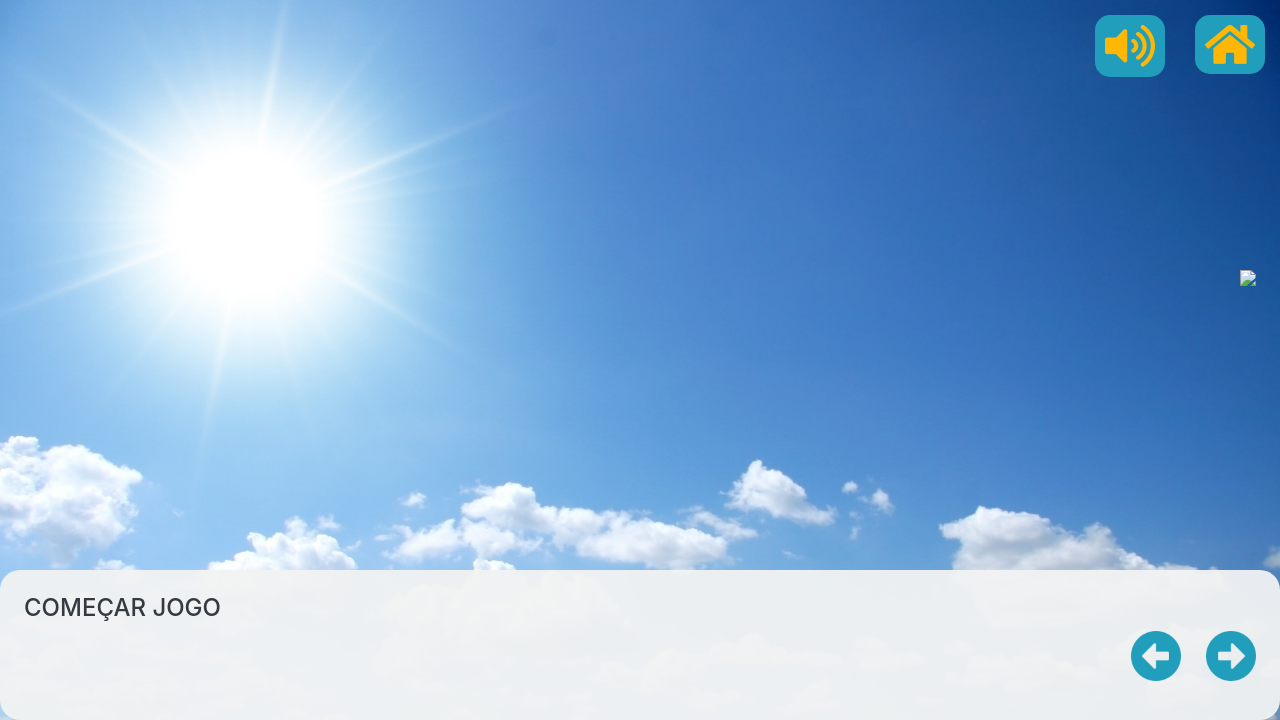
Repository: Squad2MeioAmbiente/favelacao
Page: frontend/jogo/missoes/missao1/index.html
These files come from the project's save history. The page is drawn as it stood at one moment and after the next save; the edit follows.
The browser window is 1280 px wide. The pictures show the whole page.

Above is the page before, as saved 2021-03-07 17:19:07.

### frontend/jogo/missoes/missao1/index.html
<!DOCTYPE html>
<html lang="en">
<head>
    <meta charset="UTF-8">
    <meta name="viewport" content="width=device-width, initial-scale=1.0">
    <title>Jogo FavelAção!</title>
    <link href="index.css" rel="stylesheet">
    <script src="index.js"></script>
    <link href="https://fonts.googleapis.com/css2?family=Roboto:wght@700;900&display=swap" rel="stylesheet">
    <link rel="stylesheet" href="https://fonts.googleapis.com/icon?family=Material+Icons">
    <link rel="stylesheet" href="https://stackpath.bootstrapcdn.com/bootstrap/4.1.3/css/bootstrap.min.css" integrity="sha384-MCw98/SFnGE8fJT3GXwEOngsV7Zt27NXFoaoApmYm81iuXoPkFOJwJ8ERdknLPMO" crossorigin="anonymous">
    <link rel="sortcut icon" href="../../../img/logo_Megafone_Grande.png" type="image/x-icon" />

</head>
<body id="fundo" >


<audio id="mudo" src="../sounds/music.mp3" autoplay="true" ></audio>
<audio id="btnsound" src="../sounds/btnsound.mp3"  ></audio>
<audio id="medalSound" src="../sounds/medalSound.mp3"  ></audio>


        <div class="geral">
            <div class="d-flex flex-row-reverse pr-8" >
                <a href= "../../../"><img class="iconesMenu" src="../img/icones/iconeHome.png" alt="Voltar para Home" /></a>

                <img class="iconesMenu" src="../img/icones/iconeSomLiga.png" id= "turn" onClick="mute()" alt="Desligar Música" />
            </div>
        <div id="alertMedal">

        </div>
        <div class="d-flex flex-row-reverse pr-4">
            <img id="personagemImg" class="img" src="#">
        </div>
        <div class="d-flex-inline text ml-auto ">
            <div class="d-flex flex-row ">
                <p  id="txt" class="text-dark h4 pt-4 pl-4">COMEÇAR JOGO</p>
            </div>
            <div class="d-flex flex-row-reverse pr-4 questionario" id="questionario">
                <img  src="../img/icones/iconeSetaDireita.png" onClick="next(), btnsound()" class="iconJogar" id="prox"/>
                <img  src="../img/icones/iconeSetaEsquerda.png" onClick="back(), btnsound()" class="iconJogar" id="anterior"/>
            </div>
        </div>
       </div>

    <!-- DISPLAY FLEX É O IDEAL DE SE USAR, FLEX-ROW CRIA UMA LINHA DO FLEX E O REVERSE FAZ A LINHA COMEÇAR DA DIREITA -->



    <span>
    <script src="https://code.jquery.com/jquery-3.3.1.slim.min.js" integrity="sha384-q8i/X+965DzO0rT7abK41JStQIAqVgRVzpbzo5smXKp4YfRvH+8abtTE1Pi6jizo" crossorigin="anonymous"></script>
    <script src="https://cdnjs.cloudflare.com/ajax/libs/popper.js/1.14.3/umd/popper.min.js" integrity="sha384-ZMP7rVo3mIykV+2+9J3UJ46jBk0WLaUAdn689aCwoqbBJiSnjAK/l8WvCWPIPm49" crossorigin="anonymous"></script>
    <script src="https://stackpath.bootstrapcdn.com/bootstrap/4.1.3/js/bootstrap.min.js" integrity="sha384-ChfqqxuZUCnJSK3+MXmPNIyE6ZbWh2IMqE241rYiqJxyMiZ6OW/JmZQ5stwEULTy" crossorigin="anonymous"></script>
    </span>

</body>
</html>

### frontend/jogo/missoes/missao1/index.css
body,html{
    height: 100%;
    margin:0px;
    background-image: url("../img/background/dia.jpg");
    background-repeat: no-repeat;
    background-size:cover ;
    background-position:center; /*Centraliza*/
    background-attachment:fixed; /*Faz com que não tenha rolagem no fundo*/
}

.questionario img {
    border: none;
    width: 50px;
    margin-left: 25px;
}

.iconesMenu {
    border: none;
    width: 70px;
    margin: 15px;
    padding: 10px;
    background-color: #219EBC;
    border-radius: 15px;
}

a{

    font-weight: bold !important;
    text-decoration: none !important;
    font-size: 12px !important;
    line-height: 20px !important;
    /* color: #bdb5b5; */
    /* color: #8ecae6; */

    color: white !important;

    /* color: #FFF; */
    transition: 0.2s !important;
}

a:hover {
    transition: 0.2s !important;
    /* color: #ff4d4d; */
    color: white !important;
    /* color: #023047 ; */

}

.text{ width: 100%; height: 150px; background-color: rgba(242, 243, 243, 0.945);
    position: absolute;
    bottom: 0;
    border-radius: 20px;
    overflow:auto
}

.next{margin-left: 95%; margin-top:30px; position:absolute;}

.img{ height: 450px;position:absolute;
    bottom:0;
    }

### frontend/jogo/missoes/missao1/index.js

 var count = 0

async function next (){

  var response = await fetch("../../../../backend/api/enredo/read.php")
     dados = await response.json()

  var txt =document.getElementById("txt")
  txt.innerHTML = dados[count].frase

  var img = document.getElementById("personagemImg")
  var caminho = `../img/character/${dados[count].personagem}`
  img.src= caminho
  console.log(caminho)

  var fundo = document.getElementById("fundo")
  if (count == 0){
    fundo.style.backgroundImage = "url('../img/background/dia.jpg')";
  }else if (count == 5){
      fundo.style.backgroundImage = "url('../img/background/noite.jpg')";
    } else if (count ==20){
      fundo.style.backgroundImage = "url('../img/background/bg3.jpg')";
    }



/////////////CÓDIGO DE GANHO DE MEDALHA

    if(count == 15){

    var alertMedal = document.createElement('div')
    alertMedal.setAttribute("class", "alert alert-primary mx-auto mt-4 w-75")
    alertMedal.setAttribute("role", "alert")
    alertMedal.setAttribute("id", "rmAlert")
    alertMedal.textContent = "MEDALHA ADQUIRIDA : Bem Vindo Ao Favelação!!"

    var alertMedalDiv = document.getElementById("alertMedal")

    alertMedalDiv.appendChild(alertMedal)

    var alertRemove = document.getElementById("rmAlert")
    setTimeout(() => {alertRemove.remove()}, 4000)


      var medalSound = document.getElementById("medalSound")
      medalSound.play()

      //ATUALIZAR MEDALHA NO BANCO
      var url = "../../../../backend/api/user/userMedal/userMedal1.php"
      var updateMedal = {"medal" : "TRUE"}

      fetch(url,{
        method:"POST",
        body: updateMedal
    }).then().then(()=> console.log("Atualizou a medalha"))

    }
////////////LÓGICA DO QUESTIONARIO
if(count == 45){

var btnQuestionario = document.getElementById("questionario")

var yes = document.createElement('img');
  yes.setAttribute("onClick", "btnsound()")
  yes.setAttribute("onClick", "yes()")
  yes.setAttribute("id", "rmyes")
  yes.setAttribute("src", "../img/icones/iconeSim.png") ;

var no = document.createElement('img');
  no.setAttribute("onClick", "btnsound()")
  no.setAttribute("onClick", "no()")
  no.setAttribute("id", "rmno")
  no.setAttribute("src", "../img/icones/iconeNao.png");

btnQuestionario.appendChild(yes)
btnQuestionario.appendChild(no)

var btnNext = document.getElementById("prox")

btnNext.remove()
    }

  count ++
  console.log(count)

}




// async function back (){

//   var response = await fetch("../../../../backend/api/enredo/read.php")
//      dados = await response.json()

//   var txt =document.getElementById("txt")
//   txt.innerHTML = dados[count].frase

//   var img = document.getElementById("personagemImg")
//   var caminho = `../img/character/${dados[count--].personagem}`
//   img.src= caminho
//   console.log(caminho)

//   var fundo = document.getElementById("fundo")
//   if (count == 0){
//     fundo.style.backgroundImage = "url('../img/background/bg2.jpg')";
//   }else if (count == 5){
//       fundo.style.backgroundImage = "url('../img/background/bg4.jpg')";
//     } else if (count ==20){
//       fundo.style.backgroundImage = "url('../img/background/bg3.jpg')";
//     }



//   count --
//   console.log(count)

// }



function yes(){
  txt.innerHTML = "Resposta correta!!!"
      ///////CRIAÇÃO DO BOTAO QUE ENVIAM O UPDATE
      //////////////BOTAO SALVAR
      var salvar = document.createElement('button');
      salvar.setAttribute("class", "btn btn-info")
      salvar.setAttribute("onClick", "fetchSalvar()")
      salvar.textContent = "SALVAR GAME"

      var quest = document.getElementById("questionario")

     quest.appendChild(salvar)



    ////REMOVER BOTÕES DE YES e NO
      var rmyes = document.getElementById("rmyes")
      var rmno = document.getElementById("rmno")
      rmyes.remove()
      rmno.remove()
}

function no(){
  txt.innerHTML = "Resposta errada!!!"
}
////////SALVAR JOGO NO BANCO
function fetchSalvar(){
  var url = "../../../../backend/api/saveGame/save1.php"

  fetch(url,{
    method:"POST"
}).then().then(()=> console.log("salvou"))
  }


var contador = 0

function mute () {
    var turn = document.getElementById("turn")
    var mute = document.getElementById("mudo")
      if (contador == 0){
          mute.pause()
          document.getElementById("turn").src = "../img/icones/iconeSomDesligado.png";
          contador = 1
          turn.innerHTML = "Ligar Música"
      }
      else {
        mute.play()
        document.getElementById("turn").src = "../img/icones/iconeSomLiga.png";
        contador = 0
        turn.innerHTML = "Desligar Música"
      }
}

function btnsound(){
    var btnsound = document.getElementById("btnsound")
    btnsound.play()
}

After the next save:
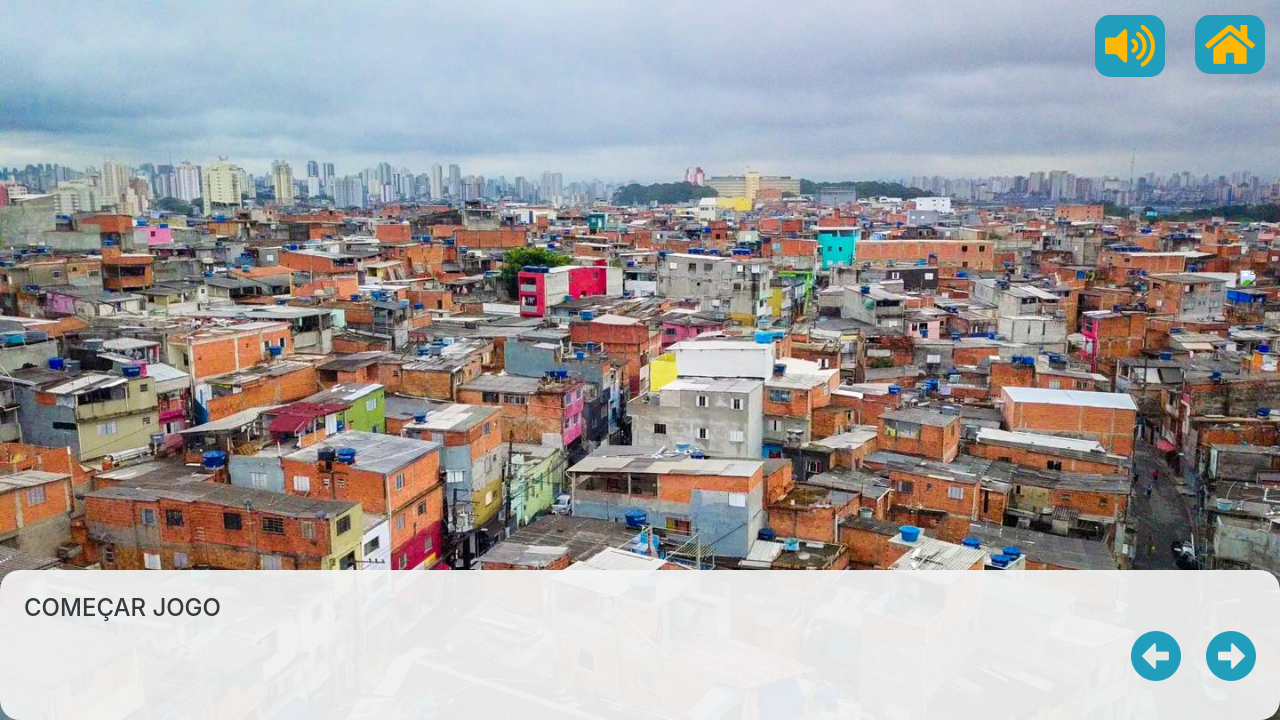
Saved 99 s later.
--- a/frontend/jogo/missoes/missao1/index.css
+++ b/frontend/jogo/missoes/missao1/index.css
@@ -1,7 +1,7 @@
 body,html{
     height: 100%;
     margin:0px;
-    background-image: url("../img/background/dia.jpg");
+    background-image: url("../img/background/heliopolis.jpg");
     background-repeat: no-repeat;
     background-size:cover ;
     background-position:center; /*Centraliza*/
